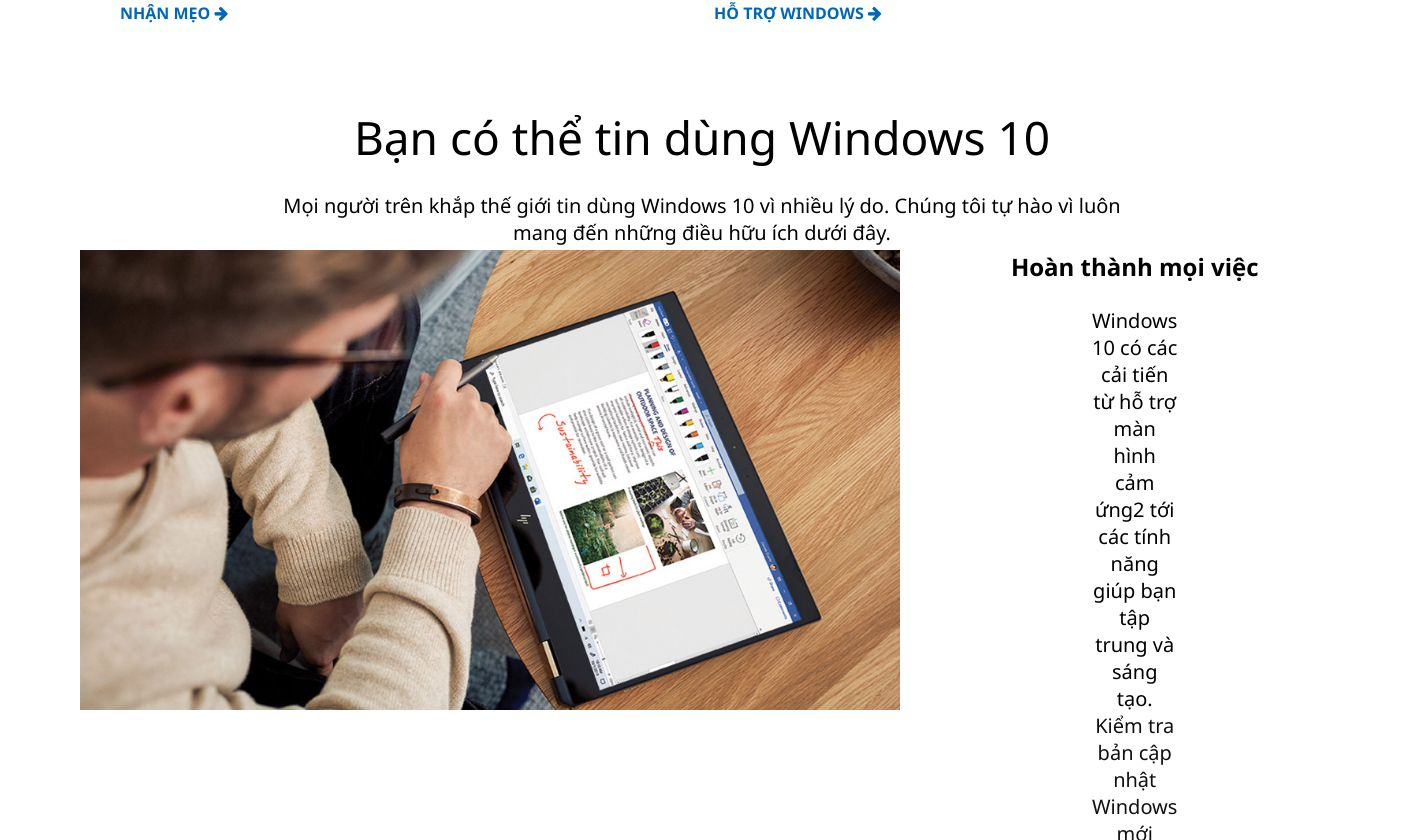
Repository: hoangphuong965/clone-Microsoft---practice
Page: index.html
An editor plug-in stored every save of this project. The page is shown before and after a run of saves, followed by the edit.
The browser window is 1280 px wide. The page is 1404 px wide, so the pictures cover 1404 px, including what lies to the right of the window. The pictures show the part of the page from y = 1360 to 2200 px (the page is 2236 px tall before and 2075 px after).

Above is the page before, as saved 2020-06-10 20:56:38.

### index.html
<!DOCTYPE html>
<html lang="en">

<head>
    <meta charset="UTF-8">
    <meta name="viewport" content="width=device-width, initial-scale=1.0">
    <link rel="stylesheet" href="https://maxcdn.bootstrapcdn.com/font-awesome/4.7.0/css/font-awesome.min.css">
    <link rel="stylesheet" href="style.css">
    <title>Khám phá HĐH Windows 10 | Microsoft</title>
</head>

<body>
    <!-- <div class="menu-btn">
        <i class="fa fa-bars" aria-hidden="true"></i>
    </div> -->
    <div class="container">

        <!-- navigation -->
        <nav class="navigation">
            <div class="navigation-left">
                <ul>
                    <div class="logo">
                        <img src="img/logo.png" alt="">
                    </div>
                    <div class="navigation-left-item">
                        <li><a href="">Windows</a></li>
                        <li class="win10">
                            <a href="">Windows 10</a>
                            <i class="fa fa-arrow-down" aria-hidden="true"></i>
                        </li>
                        <li><a href="">Ứng dụng</a></li>
                        <li><a href="">Trò chơi</a></li>
                        <li>
                            <a href="">Thêm</a>
                            <i class="fa fa-arrow-down" aria-hidden="true"></i>
                        </li>
                        <li class="buy">
                            <a href="" id="buy-win">MUA WINDOWS 10</a>
                        </li>
                    </div>
                </ul>
            </div>
            <div class="navigation-right">
                <ul>
                    <div class="navigation-right-item">
                        <li>
                            <a href="">Tất cả Microsoft</a>
                            <i class="fa fa-arrow-down" aria-hidden="true"></i>
                        </li>
                        <li>
                            <a href="">Tìm kiếm</a>
                            <i class="fa fa-search" aria-hidden="true"></i>
                        </li>
                        <li>
                            <a href="">Giỏ hàng</a>
                            <i class="fa fa-shopping-cart" aria-hidden="true"></i>
                        </li>
                        <li>
                            <a href="">Đăng nhập</a>
                            <i class="fa fa-sign-in" aria-hidden="true"></i>
                        </li>
                    </div>
                </ul>
            </div>
        </nav>
        <!-- Showcase -->
        <header class="showcase">
            <div class="showcase-text">
                <h1>Ý tưởng của bạn, Windows của bạn</h1>
                <p>Thỏa sức sáng tạo với công việc và tầm nhìn của bạn. Với Windows 10, bạn có thể làm nên những điều
                    tuyệt vời.</p>
            </div>
        </header>
        <!-- support -->
        <div class="support">
            <div class="using">
                <section class="using-img">
                    <img src="img/h1.jpg" alt="">
                </section>
                <section class="using-text">
                    <span>
                        <h1>Cách sử dụng Windows 10</h1>
                    </span>
                    <span>
                        <p>Dù bạn phải điều chỉnh lịch biểu hoặc phong cách làm việc của mình, Windows 10 đều có các
                            công cụ và tính năng để giúp bạn hoàn thành mọi việc.</p>
                    </span>
                    <span class="link">
                        <a href="#">NHẬN MẸO <i class="fa fa-arrow-right" aria-hidden="true"></i></a>
                    </span>
                </section>
            </div>
            <div class="request">
                <section class="request-img">
                    <img src="img/h2.jpg" alt="">
                </section>
                <section class="request-text">
                    <span>
                        <h1>Yêu cầu hỗ trợ</h1>
                    </span>
                    <span>
                        <p>Bạn cần hỗ trợ về Windows 10? Duyệt xem các câu hỏi thường gặp và diễn đàn hoặc liên hệ với
                            bộ
                            phận hỗ trợ khách hàng qua điện thoại hoặc tính năng trò chuyện. Yêu cầu hỗ trợ để giải
                            quyết
                            vấn đề nhanh chóng.</p>
                    </span>
                    <span class="link">
                        <a href="#">HỖ TRỢ WINDOWS <i class="fa fa-arrow-right" aria-hidden="true"></i></a>
                    </span>
                </section>
            </div>
        </div>
        <!-- feature -->
        <div class="feature">
            <div class="feature-text">
                <section>
                    <h1>Bạn có thể tin dùng Windows 10</h1>
                </section>
                <section>
                    <p>Mọi người trên khắp thế giới tin dùng Windows 10 vì nhiều lý do. Chúng tôi tự hào vì luôn mang đến những điều hữu ích dưới đây.</p>
                </section>
            </div>
            <div class="feature-1">
                <section class="feature-img-left">
                    <img src="img/h3.jpg" alt="">
                </section>
                <section class="feature-text-right">
                    <span>
                        <h2>Hoàn thành mọi việc</h2>
                    </span>
                    <span>
                        <p>Windows 10 có các cải tiến từ hỗ trợ màn hình cảm ứng2 tới các tính năng giúp bạn tập trung và sáng tạo. <a href="">Kiểm tra bản cập nhật Windows mới nhất.</a>
                        </p>
                    </span>
                </section>
            </div>
            <div class="feature-2"></div>
            <div class="feature-3"></div>
        </div>

    </div>

</body>

</html>

### style.css
* {
  margin: 0;
  padding: 0;
  box-sizing: border-box;
  font-family: "Segoe UI", SegoeUI, "Helvetica Neue", Helvetica, Arial,
    sans-serif;
}

.container {
  margin: auto;
  width: 1404px;
}

a {
  text-decoration: none;
  color: #111111;
  padding-bottom: 2px;
}
a:hover {
  border-bottom: 2px solid black;
}
/* navigation */
.navigation {
  display: flex;
  justify-content: space-between;
  margin: auto;
  width: 1250px;
  font-size: 15px;
}
.logo img {
  margin-top: 1.4rem;
  max-width: none;
  width: 108px;
}
.navigation-right-item,
.navigation-left-item {
  display: flex;
  margin: 1rem;
}
.navigation-right-item li,
.navigation-left-item li {
  list-style: none;
  margin: 10px;
}
.navigation-right ul,
.navigation-left ul {
  display: flex;
}
.win10 {
  margin-top: 5px !important;
}
.win10::before {
  content: "|";
  margin-right: 10px;
  font-weight: bold;
  font-size: 20px;
}
.buy {
  border: 1px solid;
  border-radius: 3px;
  height: 31px;
  padding: 6px;
  margin-top: 0px !important;
  font-weight: 600;
}
#buy-win:hover {
  text-decoration: underline !important;
  border-bottom: none;
}

/* showcase */
.showcase {
  position: relative;
  width: 100%;
  height: 712px;
  background: url(img/banner1.jpg) no-repeat center center/cover;
}
.showcase-text {
  position: absolute;
  width: 25rem;
  left: 60%;
  top: 40%;
}
.showcase-text h1 {
  font-size: 40px;
  line-height: 56px;
  padding: 37px 0 3px;
  font-weight: normal;
  font-family: "Trebuchet MS", "Lucida Sans Unicode", "Lucida Grande",
    "Lucida Sans", Arial, sans-serif;
}
.showcase-text p {
  font-size: 20px;
  line-height: 24px;
  font-family: "Times New Roman", Times, serif;
}

/* support */
.support {
  display: grid;
  grid-template-columns: auto auto;
  grid-gap: 24px;
  padding: 3rem 120px;
}

.using-img img,
.request-img img {
  width: 570px;
  height: 321px;
}

.using-text,
.request-text {
  padding-top: 1.2rem;
}

.using-text p,
.request-text p {
  padding: 2rem 0;
}

.link a {
  color: #0067b8;
  font-weight: 700;
}
.link a:hover {
  text-decoration: underline;
  border-bottom: none;
}

/* feature */
.feature {
  text-align: center;
  padding: 0rem 5rem ;
}
.feature h1 {
  font-size: 46px;
  font-weight: 200;
  line-height: 56px;
  padding: 37px 0 3px;
}
.feature p {
  padding: 24px 12rem 4px;
  font-weight: 200;
  font-size: 20px;
}

.feature-1{
  display: grid;
  grid-template-columns: auto auto;
}
.feature-1 img{
  width: 820px;
  height: 460px;
}
.feature-text-right p{
  height: 460px;
}

After the next 4 saves:
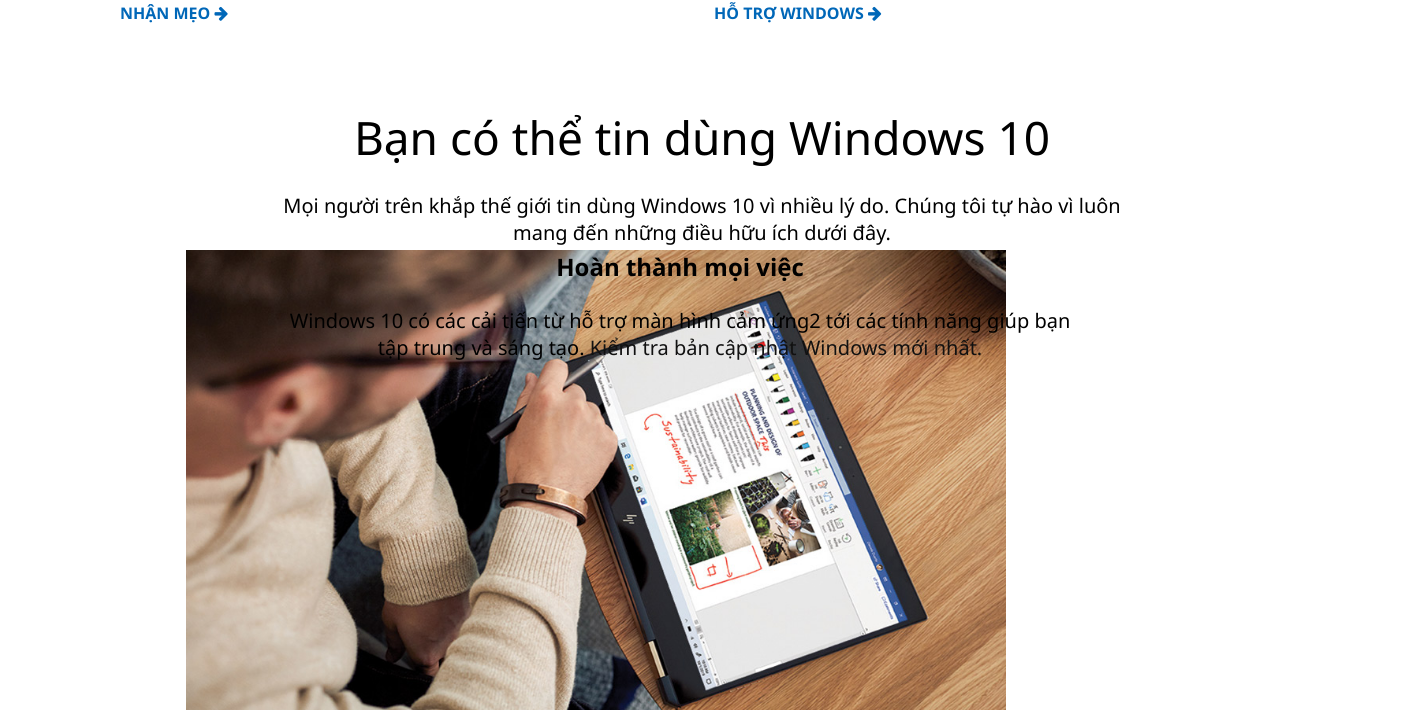
The 4 saves are shown as one change because they came seconds apart.
The last was saved 55 s later.
--- a/style.css
+++ b/style.css
@@ -153,6 +153,6 @@
   width: 820px;
   height: 460px;
 }
-.feature-text-right p{
-  height: 460px;
+.feature-text-right{
+  position: absolute;
 }
